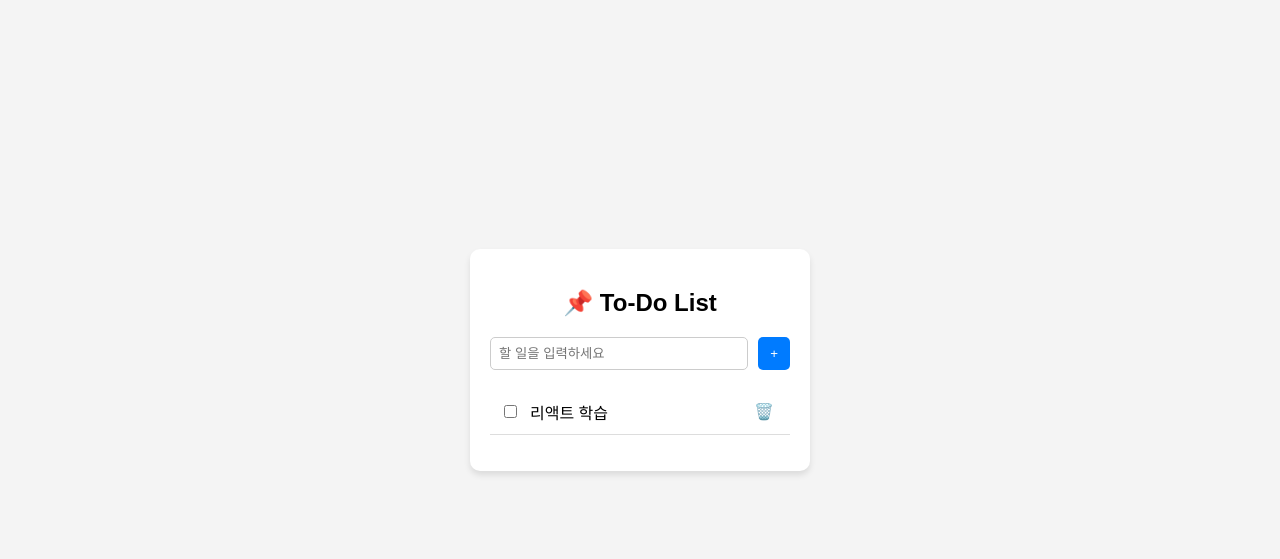
Repository: jongheonleee/todo-list
Page: /
These files come from the project's save history. The page is drawn as it stood at one moment and after a run of saves; the edit follows.
The browser window is 1280 px wide. The pictures show the whole page.
The project was rebuilt for these pictures with package versions that can differ from the ones it lists, and the page was loaded fresh each time.

Above is the page before, as saved 2025-02-18 15:20:21.

### src/App.js

import React from "react";
import "./App.css";
import InputForm from "./components/InputForm";
import ToDoList from "./components/ToDoList";


const App = () => {
  // 기본적으로 보여줄 리스트
  const items = [
    {
      id : 1,
      text : "리액트 학습",
      done : false
    },

    {
      id : 2,
      text : "JavaScript 학습",
      done : false
    },

    {
      id : 3,
      text : "CSS 학습",
      done : false
    }
  ];


  return (
    <div className="container">
      <div className="sub-container">
        <h2>📌 To-Do List</h2>

        {/* 입력 부분  */}
        <InputForm />

        {/* todo-list 부분 */}
        {/* <ul className="todo-list">
          <li>
            <div className="todo-item">
              <input type="checkbox" />
              <span>리액트 학습</span>
            </div>
            <button className="delete-btn">🗑️</button>
          </li>
          <li>
            <div className="todo-item">
              <input type="checkbox" />
              <span>JavaScript 학습</span>
            </div>
            <button className="delete-btn">🗑️</button>
          </li>
          <li>
            <div className="todo-item">
              <input type="checkbox" />
              <span>CSS 학습</span>
            </div>
            <button className="delete-btn">🗑️</button>
          </li>
        </ul> */}

        <ToDoList />

      </div>
    </div>
  );
}

export default App;

### src/App.css
/* styles.css */
.container {
  font-family: Arial, sans-serif;
  background-color: #f4f4f4;
  display: flex;
  justify-content: center;
  align-items: center;
  height: 100vh;
  margin: 0;
}

.sub-container {
  background: white;
  padding: 20px;
  border-radius: 10px;
  box-shadow: 0 4px 6px rgba(0, 0, 0, 0.1);
  width: 300px;
}

h2 {
  text-align: center;
  margin-bottom: 20px;
}

.input-area {
  display: flex;
  gap: 10px;
}

input[type="text"] {
  flex: 1;
  padding: 8px;
  border: 1px solid #ccc;
  border-radius: 5px;
}

.add-btn {
  background: #007bff;
  color: white;
  border: none;
  padding: 8px 12px;
  cursor: pointer;
  border-radius: 5px;
}

.add-btn:hover {
  background: #0056b3;
}

.todo-list {
  list-style: none;
  padding: 0;
  margin-top: 20px;
}

.todo-list li {
  display: flex;
  justify-content: space-between;
  align-items: center;
  padding: 10px;
  border-bottom: 1px solid #ddd;
}

.todo-item {
  display: flex;
  align-items: center;
  gap: 10px;
}

.delete-btn {
  background: none;
  border: none;
  color: red;
  cursor: pointer;
  font-size: 16px;
}

.delete-btn:hover {
  color: darkred;
}

### src/components/InputForm.js
import React from "react";
import "./InputForm.css";

const InputForm = () => {
    return (
        <div className="input-area">
            <input type="text" placeholder="할 일을 입력하세요" />
            <button className="add-btn">+</button>
        </div>
    );
}

export default InputForm;

### src/components/ToDoList.js
import React from "react";
import ToDoItem from "./ToDoItem";
import "./ToDoList.css"

const ToDoList = ({ items }) => {
    return (
        <ul className="todo-list">
            <li>
                <div className="todo-item">
                    <input type="checkbox" />
                    <span>리액트 학습</span>
                </div>
                <button className="delete-btn">🗑️</button>
            </li>
          {/* <li>
            <div className="todo-item">
              <input type="checkbox" />
              <span>JavaScript 학습</span>
            </div>
            <button className="delete-btn">🗑️</button>
          </li>
          <li>
            <div className="todo-item">
              <input type="checkbox" />
              <span>CSS 학습</span>
            </div>
            <button className="delete-btn">🗑️</button>
          </li> */}
        </ul>
    )
}

export default ToDoList;

### src/components/InputForm.css
.input-area {
    display: flex;
    gap: 10px;
}

input[type="text"] {
    flex: 1;
    padding: 8px;
    border: 1px solid #ccc;
    border-radius: 5px;
}

.add-btn {
    background: #007bff;
    color: white;
    border: none;
    padding: 8px 12px;
    cursor: pointer;
    border-radius: 5px;
}

.add-btn:hover {
    background: #0056b3;
}

### src/components/ToDoList.css
.todo-list {
    list-style: none;
    padding: 0;
    margin-top: 20px;
}

.todo-item li {
    display: flex;
    justify-content: space-between;
    align-items: center;
    padding: 10px;
    border-bottom: 1px solid #ddd;
}

.todo-item {
    display: flex;
    align-items: center;
    gap: 10px;
}

.delete-btn {
    background: none;
    border: none;
    color: red;
    cursor: pointer;
    font-size: 16px;
}

.delete-btn:hover {
    color: darkred;
}

### src/components/ToDoItem.css
.todo-item li {
    display: flex;
    justify-content: space-between;
    align-items: center;
    padding: 10px;
    border-bottom: 1px solid #ddd;
}

.todo-item {
    display: flex;
    align-items: center;
    gap: 10px;
}

.delete-btn {
    background: none;
    border: none;
    color: red;
    cursor: pointer;
    font-size: 16px;
}

.delete-btn:hover {
    color: darkred;
}

### src/components/ToDoItem.js
import React from "react";
import "./ToDoItem.css"

// item은 3가지 필드를 지님
// - id, text, done
const ToDoItem = ({ id, text, done }) => {
    return (
        <li>
            <div
                id={id}
                className="todo-item"
            >
                <input type="checkbox" />
                <span>{done ? <del>text</del> : text}</span>
            </div>
            <button className="delete-btn">🗑️</button>
        </li>
    )
}

export default ToDoItem;

Loaded but not shown: public/index.html (common file); src/index.js (common file); src/index.css (common file); src/reportWebVitals.js (common file)

After the next 2 saves:
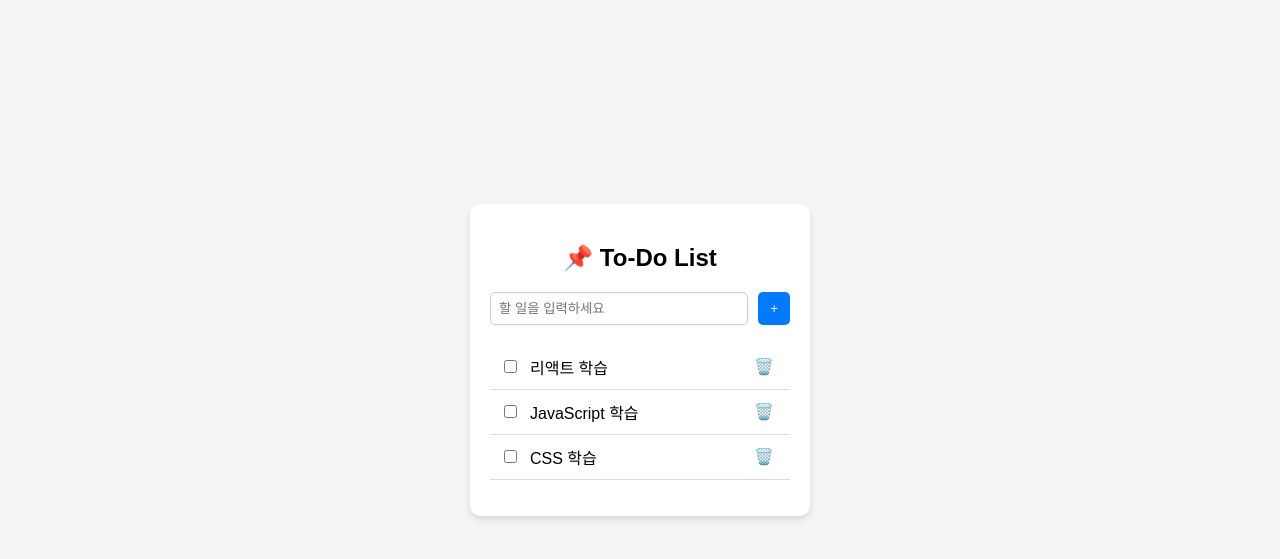
The 2 saves are shown as one change because 1 did not build or start.
The last was saved 104 s later.
--- a/src/App.js
+++ b/src/App.js
@@ -61,7 +61,9 @@ const App = () => {
           </li>
         </ul> */}
 
-        <ToDoList />
+        <ToDoList
+          items={items}
+        />
 
       </div>
     </div>
--- a/src/components/ToDoList.js
+++ b/src/components/ToDoList.js
@@ -5,13 +5,24 @@ import "./ToDoList.css"
 const ToDoList = ({ items }) => {
     return (
         <ul className="todo-list">
-            <li>
+            {
+                items.map(item => {
+                    return (
+                        <ToDoItem
+                            id={item.id}
+                            text={item.text}
+                            done={item.done}
+                        />
+                    )
+                })
+            }
+            {/* <li>
                 <div className="todo-item">
                     <input type="checkbox" />
                     <span>리액트 학습</span>
                 </div>
                 <button className="delete-btn">🗑️</button>
-            </li>
+            </li> */}
           {/* <li>
             <div className="todo-item">
               <input type="checkbox" />
